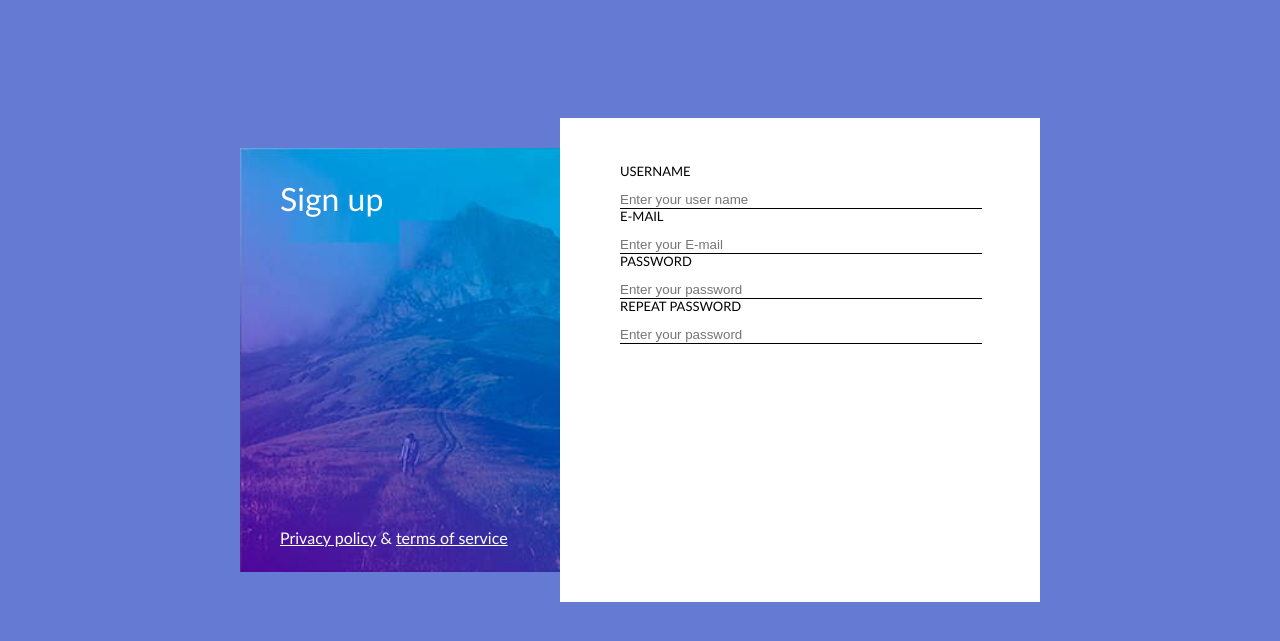
Repository: RugileG/registracijos-forma
Page: index.html
An editor plug-in stored every save of this project. The page is shown before and after a run of saves, followed by the edit.
The browser window is 1280 px wide. The pictures show the whole page.

Above is the page before, as saved 2021-05-18 10:34:43.

After the next 2 saves:
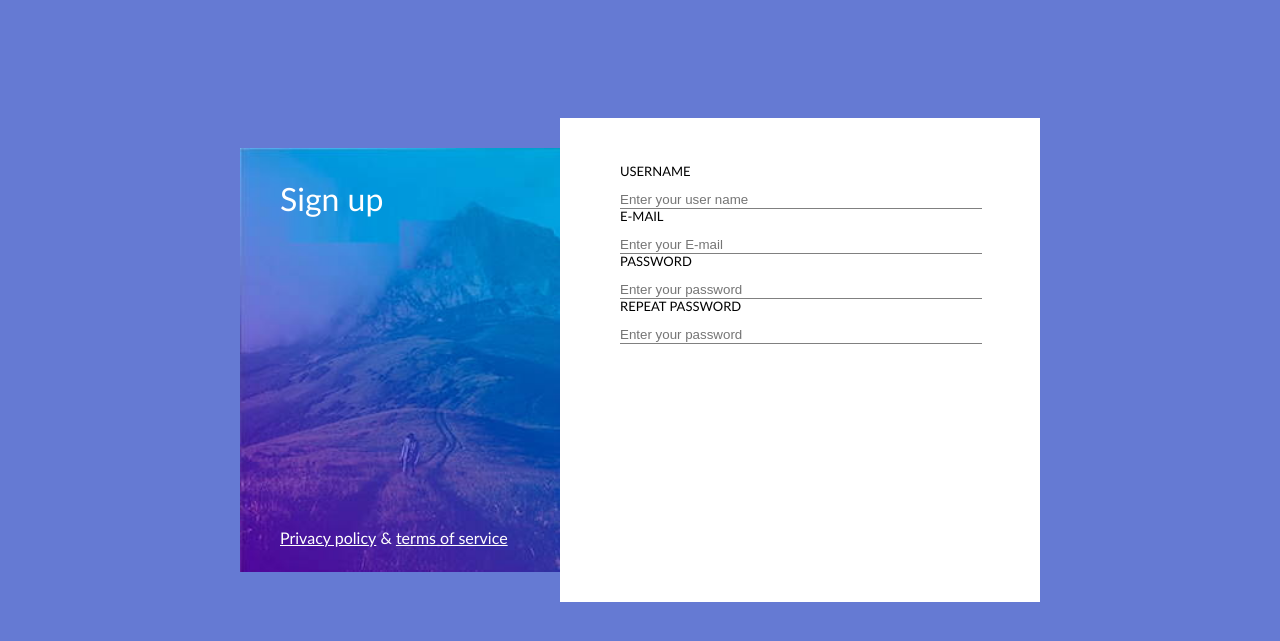
The 2 saves are shown as one change because they came seconds apart.
The last was saved 13 s later.
--- a/index.html
+++ b/index.html
@@ -91,7 +91,7 @@
             border: none;
             width: 100%;
             padding-left: 0;
-            border-bottom: 1px solid #000000;
+            border-bottom: 1px solid #808080;
         }
 
         input:focus {
